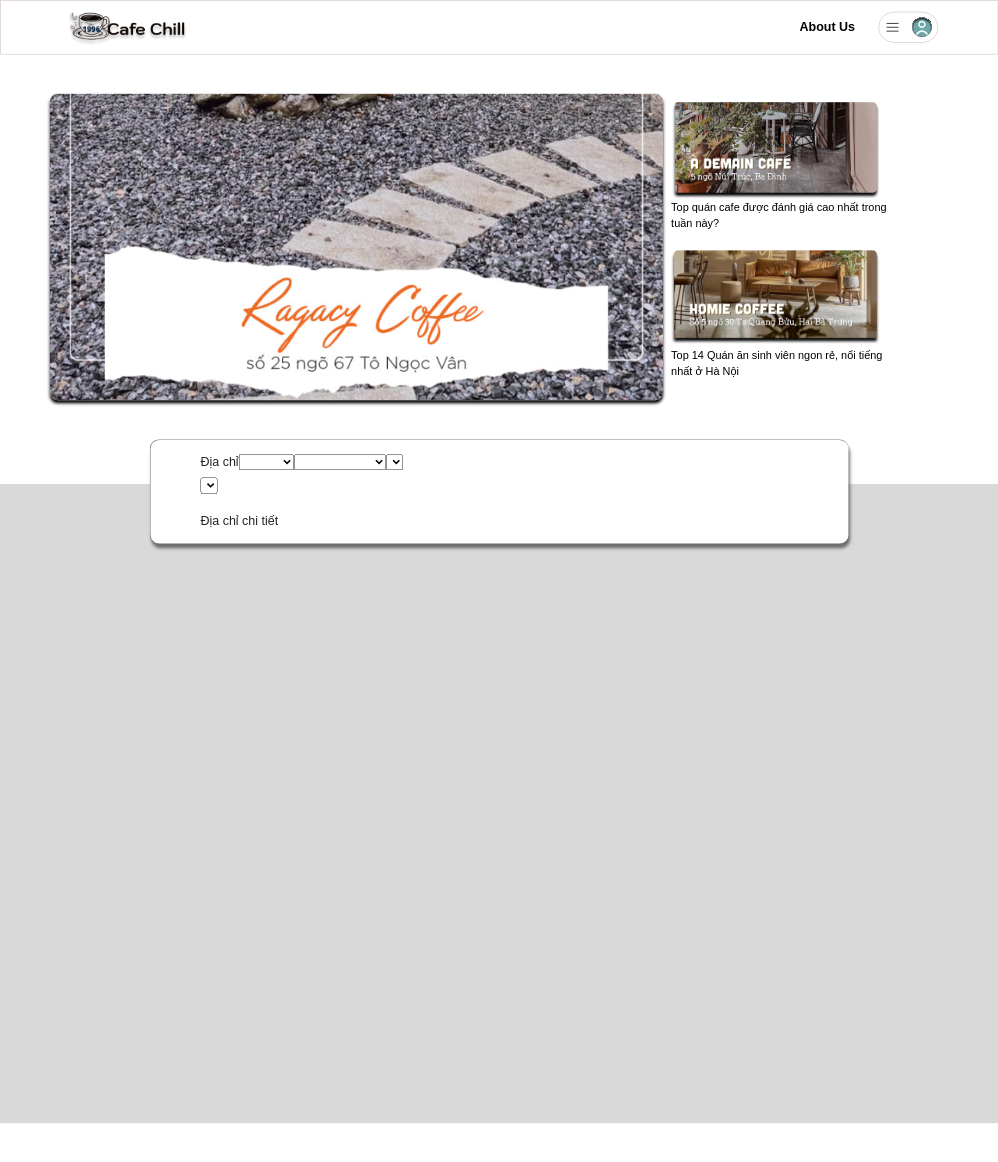
Repository: eriklehnsher/CafeReview-Vue3
Page: /
An editor plug-in stored every save of this project. The page is shown before and after the next save, followed by the edit.
The browser window is 1280 px wide. The pictures show the whole page, at 78% of full size.
Some web fonts or font styles are not loaded; a fallback is used. The project was rebuilt for these pictures with package versions that can differ from the ones it lists, and the page was loaded fresh each time. Also part of the build but not shown: vue.config.js.

Above is the page before, as saved 2023-10-11 11:54:48.

After the next save:
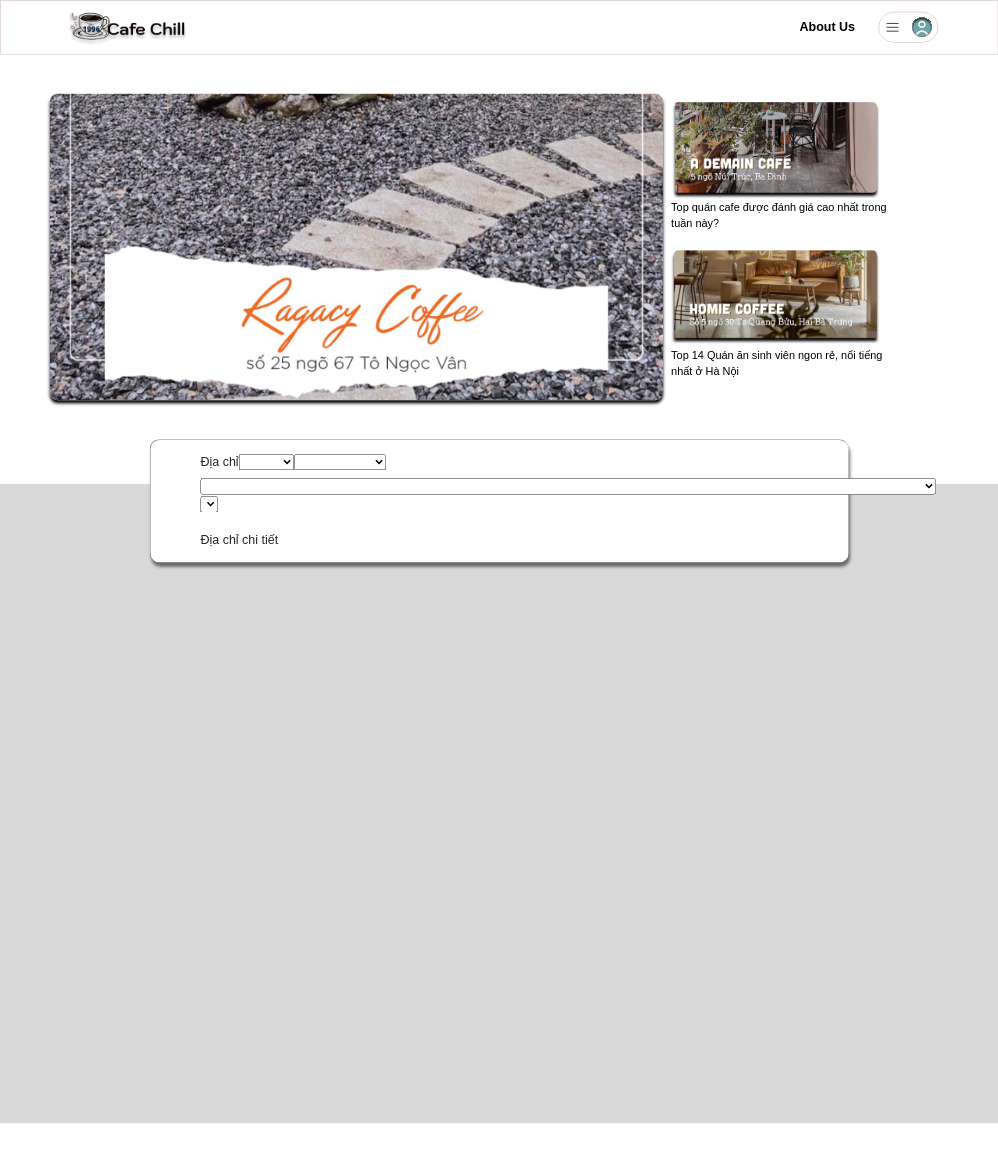
Saved 9 s later.
--- a/src/Home/Dropdown.vue
+++ b/src/Home/Dropdown.vue
@@ -27,7 +27,7 @@
       <select v-model="address.ward" aria-placeholder="choose wards" required>
         <!-- inline object literal -->
         <option
-          v-for="item in filterWards"
+          v-for="item in wards"
           v-bind:key="item"
 
           @input="(e) => $emit('onChangeWard', e)"
